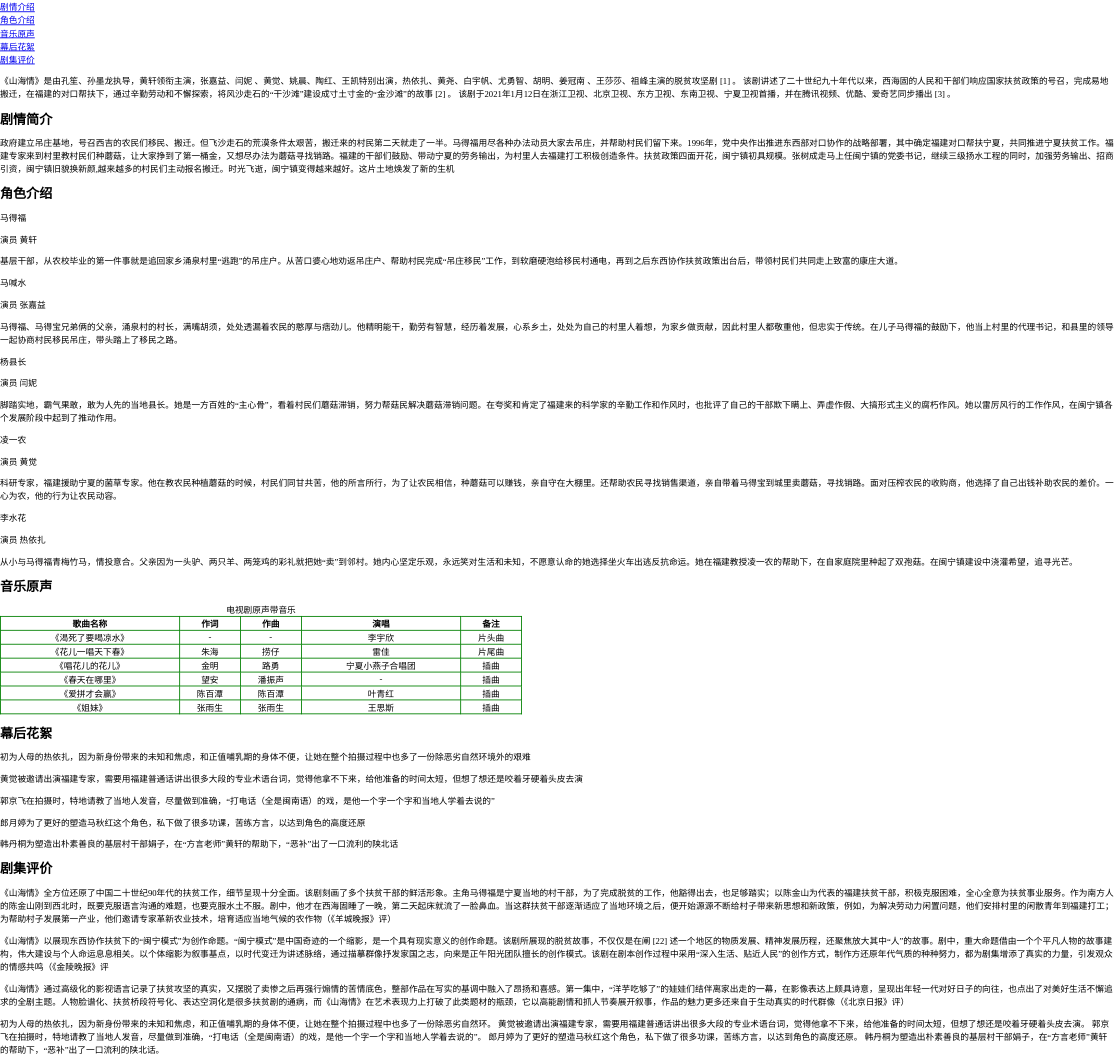
Repository: Lixianlai-2/static-website
Page: index.html
The author's editor kept a copy of each file at every save. The page is drawn from the files as they stood at one save, then again after the next save.
The browser window is 1280 px wide. The pictures show the whole page, at 87% of full size.

Above is the page before, as saved 2021-11-30 20:54:56.

### index.html
<!DOCTYPE html>
<html lang="zh-CN">
  <head>
    <meta charset="UTF-8" />
    <meta http-equiv="X-UA-Compatible" content="IE=edge" />
    <meta
      name="viewport"
      content="width=device-width, initial-scale=1.0"
      content="ie=edge"
    />
    <title>山海情</title>

    <style>
      * {
        margin: 0;
        padding: 0;
        box-sizing: border-box;
      }

      body {
        font-size: 10px;
      }
      h2,
      div,
      p {
        margin: 10px 0;
      }

      img {
        max-width: 100%;
      }

      table {
        text-align: center;
        max-width: 100%;
        width: 600px;
        table-layout: auto;
        border-collapse: collapse;
        border-spacing: 0;
      }

      th,
      td {
        border: 1px solid green;
      }
    </style>
  </head>
  <body>
    <nav>
      <ol>
        <li><a href="#Plot">剧情介绍</a></li>
        <li><a href="#Role">角色介绍</a></li>
        <li><a href="#Music">音乐原声</a></li>
        <li><a href="#Tidbits">幕后花絮</a></li>
        <li><a href="#Evaluation">剧集评价</a></li>
      </ol>
    </nav>

    <p>
      《山海情》是由孔笙、孙墨龙执导，黄轩领衔主演，张嘉益、闫妮
      、黄觉、姚晨、陶红、王凯特别出演，热依扎、黄尧、白宇帆、尤勇智、胡明、姜冠南
      、王莎莎、祖峰主演的脱贫攻坚剧 [1] 。
      该剧讲述了二十世纪九十年代以来，西海固的人民和干部们响应国家扶贫政策的号召，完成易地搬迁，在福建的对口帮扶下，通过辛勤劳动和不懈探索，将风沙走石的“干沙滩”建设成寸土寸金的“金沙滩”的故事
      [2] 。
      该剧于2021年1月12日在浙江卫视、北京卫视、东方卫视、东南卫视、宁夏卫视首播，并在腾讯视频、优酷、爱奇艺同步播出
      [3] 。
    </p>

    <h2 id="Plot">剧情简介</h2>
    <p>
      政府建立吊庄基地，号召西吉的农民们移民、搬迁。但飞沙走石的荒漠条件太艰苦，搬迁来的村民第二天就走了一半。马得福用尽各种办法动员大家去吊庄，并帮助村民们留下来。1996年，党中央作出推进东西部对口协作的战略部署，其中确定福建对口帮扶宁夏，共同推进宁夏扶贫工作。福建专家来到村里教村民们种蘑菇，让大家挣到了第一桶金，又想尽办法为蘑菇寻找销路。福建的干部们鼓励、带动宁夏的劳务输出，为村里人去福建打工积极创造条件。扶贫政策四面开花，闽宁镇初具规模。张树成走马上任闽宁镇的党委书记，继续三级扬水工程的同时，加强劳务输出、招商引资，闽宁镇旧貌换新颜,越来越多的村民们主动报名搬迁。时光飞逝，闽宁镇变得越来越好。这片土地焕发了新的生机
    </p>

    <h2 id="Role">角色介绍</h2>

    <ul>
      <li>
        <dl>
          <dt>
            <!-- div.role-name>span.item-value+div.role-actor>span.item-key+span.item-value -->
            <div class="role-name">
              <span class="item-value">马得福</span>
              <div class="role-actor">
                <span class="item-key">演员</span>
                <span class="item-value">黄轩</span>
              </div>
            </div>
          </dt>
          <dl>
            <p>
              基层干部，从农校毕业的第一件事就是追回家乡涌泉村里“逃跑”的吊庄户。从苦口婆心地劝返吊庄户、帮助村民完成“吊庄移民”工作，到软磨硬泡给移民村通电，再到之后东西协作扶贫政策出台后，带领村民们共同走上致富的康庄大道。
            </p>
          </dl>
        </dl>
      </li>
      <li>
        <dl>
          <dt>
            <div class="role-name">
              <span class="item-value">马喊水</span>
              <div class="role-actor">
                <span class="item-key">演员</span
                ><span class="item-value"> 张嘉益</span>
                <dl>
                  <p>
                    马得福、马得宝兄弟俩的父亲，涌泉村的村长，满嘴胡须，处处透漏着农民的憨厚与痞劲儿。他精明能干，勤劳有智慧，经历着发展，心系乡土，处处为自己的村里人着想，为家乡做贡献，因此村里人都敬重他，但忠实于传统。在儿子马得福的鼓励下，他当上村里的代理书记，和县里的领导一起协商村民移民吊庄，带头踏上了移民之路。
                  </p>
                </dl>
              </div>
            </div>
          </dt>
        </dl>
      </li>
      <li>
        <dl>
          <dt>
            <div class="role-name">
              <span class="item-value">杨县长</span>
              <div class="role-actor">
                <span class="item-key">演员</span>
                <span class="item-value">闫妮</span>
                <dl>
                  <p>
                    脚踏实地，霸气果敢，敢为人先的当地县长。她是一方百姓的“主心骨”，看着村民们蘑菇滞销，努力帮菇民解决蘑菇滞销问题。在夸奖和肯定了福建来的科学家的辛勤工作和作风时，也批评了自己的干部欺下瞒上、弄虚作假、大搞形式主义的腐朽作风。她以雷厉风行的工作作风，在闽宁镇各个发展阶段中起到了推动作用。
                  </p>
                </dl>
              </div>
            </div>
          </dt>
        </dl>
      </li>
      <li>
        <dl>
          <dt>
            <div class="role-name">
              <span class="item-value">凌一农</span>
              <div class="role-actor">
                <span class="item-key">演员</span>
                <span class="item-value">黄觉</span>
                <dl>
                  <p>
                    科研专家，福建援助宁夏的菌草专家。他在教农民种植蘑菇的时候，村民们同甘共苦，他的所言所行，为了让农民相信，种蘑菇可以赚钱，亲自守在大棚里。还帮助农民寻找销售渠道，亲自带着马得宝到城里卖蘑菇，寻找销路。面对压榨农民的收购商，他选择了自己出钱补助农民的差价。一心为农，他的行为让农民动容。
                  </p>
                </dl>
              </div>
            </div>
          </dt>
        </dl>
      </li>
      <li>
        <dl>
          <dt>
            <div class="role-name">
              <span class="item-value">李水花</span>
              <div class="role-actor">
                <span class="item-key">演员</span>
                <span class="item-value">热依扎</span>
                <dl>
                  <p>
                    从小与马得福青梅竹马，情投意合。父亲因为一头驴、两只羊、两笼鸡的彩礼就把她“卖”到邻村。她内心坚定乐观，永远笑对生活和未知，不愿意认命的她选择坐火车出逃反抗命运。她在福建教授凌一农的帮助下，在自家庭院里种起了双孢菇。在闽宁镇建设中浇灌希望，追寻光芒。
                  </p>
                </dl>
              </div>
            </div>
          </dt>
        </dl>
      </li>
    </ul>

    <!-- ul>(li>dl>dt>div.role-name>span.item-value+div.role-actor>span.item-key+span.item-value+dl)*5 -->
    <!-- div.role-name>span.item-value+div.role-actor>span.item-key+span.item-value -->

    <h2 id="Music">音乐原声</h2>
    <table>
      <caption>
        电视剧原声带音乐
      </caption>
      <thead>
        <tr>
          <th>歌曲名称</th>
          <th>作词</th>
          <th>作曲</th>
          <th>演唱</th>
          <th>备注</th>
        </tr>
      </thead>
      <tbody>
        <tr>
          <td>《渴死了要喝凉水》</td>
          <td>-</td>
          <td>-</td>
          <td>李宇欣</td>
          <td>片头曲</td>
        </tr>
        <tr>
          <td>《花儿一唱天下春》</td>
          <td>朱海</td>
          <td>捞仔</td>
          <td>雷佳</td>
          <td>片尾曲</td>
        </tr>
        <tr>
          <td>《唱花儿的花儿》</td>
          <td>金明</td>
          <td>路勇</td>
          <td>宁夏小燕子合唱团</td>
          <td>插曲</td>
        </tr>
        <tr>
          <td>《春天在哪里》</td>
          <td>望安</td>
          <td>潘振声</td>
          <td>-</td>
          <td>插曲</td>
        </tr>
        <tr>
          <td>《爱拼才会赢》</td>
          <td>陈百潭</td>
          <td>陈百潭</td>
          <td>叶青红</td>
          <td>插曲</td>
        </tr>
        <tr>
          <td>《姐妹》</td>
          <td>张雨生</td>
          <td>张雨生</td>
          <td>王思斯</td>
          <td>插曲</td>
        </tr>
      </tbody>
      <tfoot></tfoot>
    </table>

    <h2 id="Tidbits">幕后花絮</h2>
    <ul>
      <li>
        <p>
          初为人母的热依扎，因为新身份带来的未知和焦虑，和正值哺乳期的身体不便，让她在整个拍摄过程中也多了一份除恶劣自然环境外的艰难
        </p>
      </li>
      <li>
        <p>
          黄觉被邀请出演福建专家，需要用福建普通话讲出很多大段的专业术语台词，觉得他拿不下来，给他准备的时间太短，但想了想还是咬着牙硬着头皮去演
        </p>
      </li>
      <li>
        <p>
          郭京飞在拍摄时，特地请教了当地人发音，尽量做到准确，“打电话（全是闽南语）的戏，是他一个字一个字和当地人学着去说的”
        </p>
      </li>
      <li>
        <p>
          郎月婷为了更好的塑造马秋红这个角色，私下做了很多功课，苦练方言，以达到角色的高度还原
        </p>
      </li>
      <li>
        <p>
          韩丹桐为塑造出朴素善良的基层村干部娟子，在“方言老师”黄轩的帮助下，“恶补”出了一口流利的陕北话
        </p>
      </li>
    </ul>
    <h2 id="Evaluation">剧集评价</h2>
    <div>
      《山海情》全方位还原了中国二十世纪90年代的扶贫工作，细节呈现十分全面。该剧刻画了多个扶贫干部的鲜活形象。主角马得福是宁夏当地的村干部，为了完成脱贫的工作，他豁得出去，也足够踏实；以陈金山为代表的福建扶贫干部，积极克服困难，全心全意为扶贫事业服务。作为南方人的陈金山刚到西北时，既要克服语言沟通的难题，也要克服水土不服。剧中，他才在西海固睡了一晚，第二天起床就流了一脸鼻血。当这群扶贫干部逐渐适应了当地环境之后，便开始源源不断给村子带来新思想和新政策，例如，为解决劳动力闲置问题，他们安排村里的闲散青年到福建打工；为帮助村子发展第一产业，他们邀请专家革新农业技术，培育适应当地气候的农作物（《羊城晚报》评）
    </div>
    <div>
      《山海情》以展现东西协作扶贫下的“闽宁模式”为创作命题。“闽宁模式”是中国奇迹的一个缩影，是一个具有现实意义的创作命题。该剧所展现的脱贫故事，不仅仅是在阐
      [22]
      述一个地区的物质发展、精神发展历程，还聚焦放大其中“人”的故事。剧中，重大命题借由一个个平凡人物的故事建构，伟大建设与个人命运息息相关。以个体缩影为叙事基点，以时代变迁为讲述脉络，通过描摹群像抒发家国之志，向来是正午阳光团队擅长的创作模式。该剧在剧本创作过程中采用“深入生活、贴近人民”的创作方式，制作方还原年代气质的种种努力，都为剧集增添了真实的力量，引发观众的情感共鸣（《金陵晚报》评
    </div>
    <div>
      《山海情》通过高级化的影视语言记录了扶贫攻坚的真实，又摆脱了卖惨之后再强行煽情的苦情底色，整部作品在写实的基调中融入了昂扬和喜感。第一集中，“洋芋吃够了”的娃娃们结伴离家出走的一幕，在影像表达上颇具诗意，呈现出年轻一代对好日子的向往，也点出了对美好生活不懈追求的全剧主题。人物脸谱化、扶贫桥段符号化、表达空洞化是很多扶贫剧的通病，而《山海情》在艺术表现力上打破了此类题材的瓶颈，它以高能剧情和抓人节奏展开叙事，作品的魅力更多还来自于生动真实的时代群像（《北京日报》评）
    </div>

    初为人母的热依扎，因为新身份带来的未知和焦虑，和正值哺乳期的身体不便，让她在整个拍摄过程中也多了一份除恶劣自然环。
    黄觉被邀请出演福建专家，需要用福建普通话讲出很多大段的专业术语台词，觉得他拿不下来，给他准备的时间太短，但想了想还是咬着牙硬着头皮去演。
    郭京飞在拍摄时，特地请教了当地人发音，尽量做到准确，“打电话（全是闽南语）的戏，是他一个字一个字和当地人学着去说的”。
    郎月婷为了更好的塑造马秋红这个角色，私下做了很多功课，苦练方言，以达到角色的高度还原。
    韩丹桐为塑造出朴素善良的基层村干部娟子，在“方言老师”黄轩的帮助下，“恶补”出了一口流利的陕北话。
  </body>
</html>

After the next save:
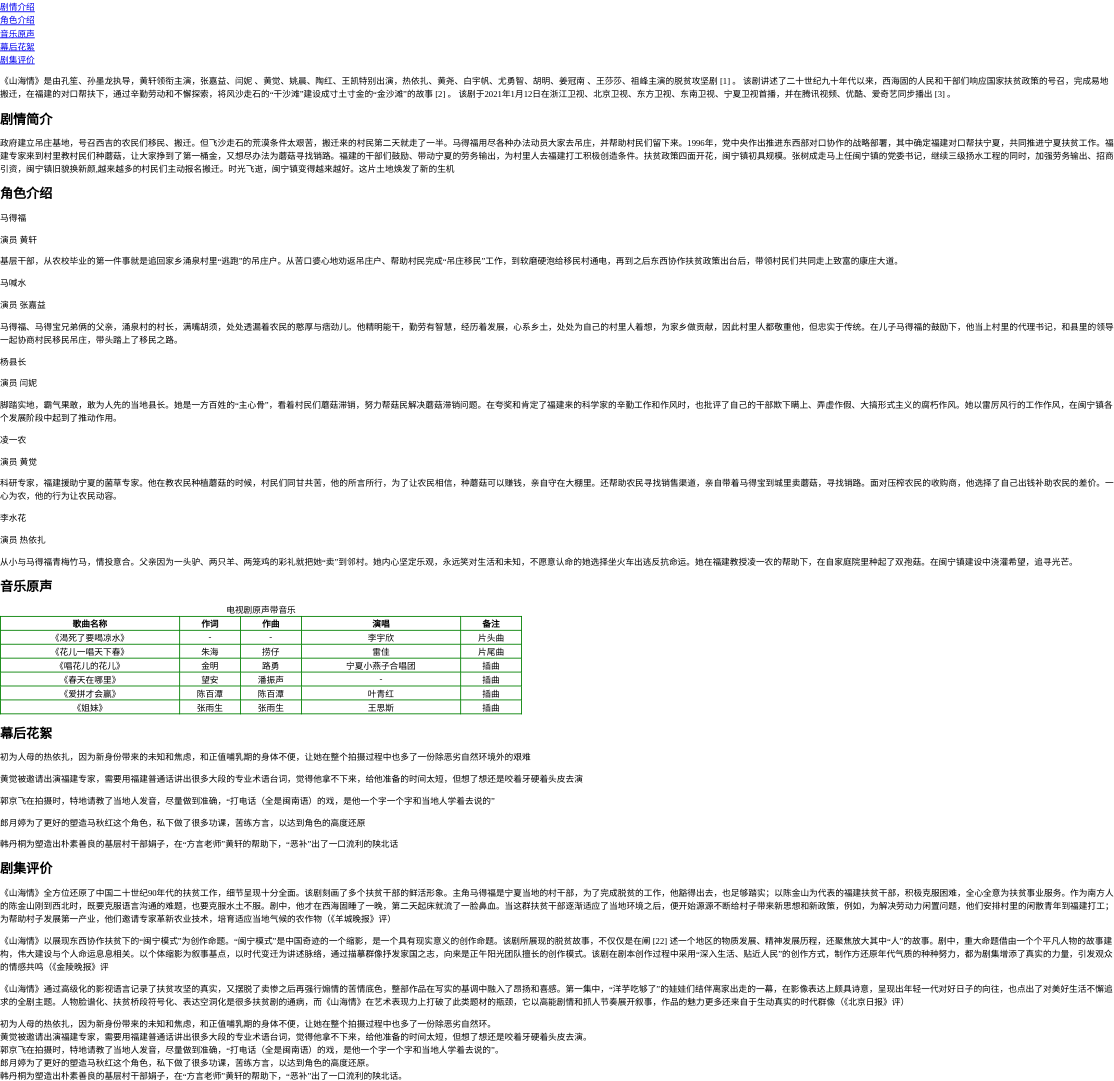
Saved 3 min 9 s later.
--- a/index.html
+++ b/index.html
@@ -272,10 +272,22 @@
       《山海情》通过高级化的影视语言记录了扶贫攻坚的真实，又摆脱了卖惨之后再强行煽情的苦情底色，整部作品在写实的基调中融入了昂扬和喜感。第一集中，“洋芋吃够了”的娃娃们结伴离家出走的一幕，在影像表达上颇具诗意，呈现出年轻一代对好日子的向往，也点出了对美好生活不懈追求的全剧主题。人物脸谱化、扶贫桥段符号化、表达空洞化是很多扶贫剧的通病，而《山海情》在艺术表现力上打破了此类题材的瓶颈，它以高能剧情和抓人节奏展开叙事，作品的魅力更多还来自于生动真实的时代群像（《北京日报》评）
     </div>
 
-    初为人母的热依扎，因为新身份带来的未知和焦虑，和正值哺乳期的身体不便，让她在整个拍摄过程中也多了一份除恶劣自然环。
-    黄觉被邀请出演福建专家，需要用福建普通话讲出很多大段的专业术语台词，觉得他拿不下来，给他准备的时间太短，但想了想还是咬着牙硬着头皮去演。
-    郭京飞在拍摄时，特地请教了当地人发音，尽量做到准确，“打电话（全是闽南语）的戏，是他一个字一个字和当地人学着去说的”。
-    郎月婷为了更好的塑造马秋红这个角色，私下做了很多功课，苦练方言，以达到角色的高度还原。
-    韩丹桐为塑造出朴素善良的基层村干部娟子，在“方言老师”黄轩的帮助下，“恶补”出了一口流利的陕北话。
+    <ul>
+      <li>
+        初为人母的热依扎，因为新身份带来的未知和焦虑，和正值哺乳期的身体不便，让她在整个拍摄过程中也多了一份除恶劣自然环。
+      </li>
+      <li>
+        黄觉被邀请出演福建专家，需要用福建普通话讲出很多大段的专业术语台词，觉得他拿不下来，给他准备的时间太短，但想了想还是咬着牙硬着头皮去演。
+      </li>
+      <li>
+        郭京飞在拍摄时，特地请教了当地人发音，尽量做到准确，“打电话（全是闽南语）的戏，是他一个字一个字和当地人学着去说的”。
+      </li>
+      <li>
+        郎月婷为了更好的塑造马秋红这个角色，私下做了很多功课，苦练方言，以达到角色的高度还原。
+      </li>
+      <li>
+        韩丹桐为塑造出朴素善良的基层村干部娟子，在“方言老师”黄轩的帮助下，“恶补”出了一口流利的陕北话。
+      </li>
+    </ul>
   </body>
 </html>

After the save that followed:
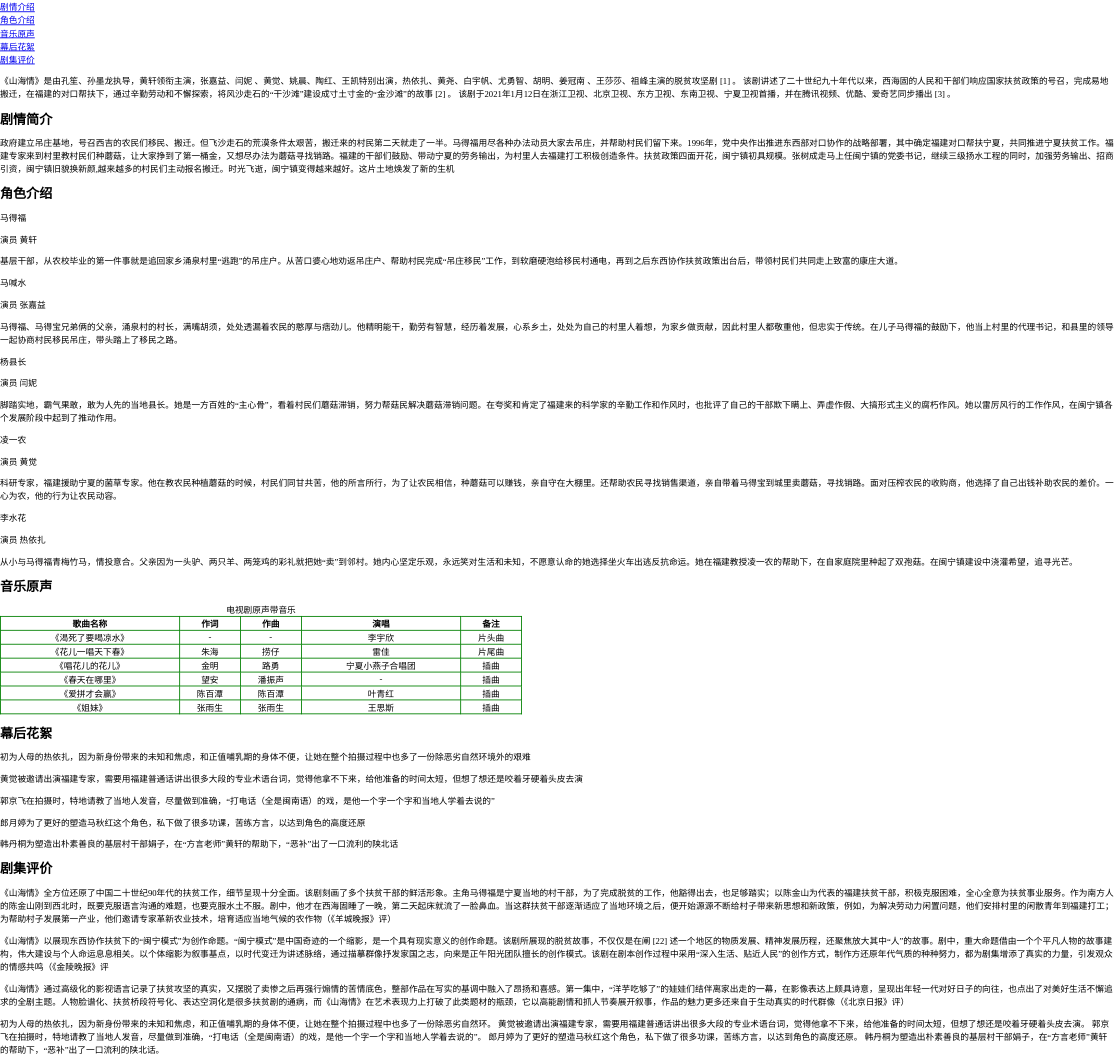
Saved 10 s later.
--- a/index.html
+++ b/index.html
@@ -272,22 +272,10 @@
       《山海情》通过高级化的影视语言记录了扶贫攻坚的真实，又摆脱了卖惨之后再强行煽情的苦情底色，整部作品在写实的基调中融入了昂扬和喜感。第一集中，“洋芋吃够了”的娃娃们结伴离家出走的一幕，在影像表达上颇具诗意，呈现出年轻一代对好日子的向往，也点出了对美好生活不懈追求的全剧主题。人物脸谱化、扶贫桥段符号化、表达空洞化是很多扶贫剧的通病，而《山海情》在艺术表现力上打破了此类题材的瓶颈，它以高能剧情和抓人节奏展开叙事，作品的魅力更多还来自于生动真实的时代群像（《北京日报》评）
     </div>
 
-    <ul>
-      <li>
-        初为人母的热依扎，因为新身份带来的未知和焦虑，和正值哺乳期的身体不便，让她在整个拍摄过程中也多了一份除恶劣自然环。
-      </li>
-      <li>
-        黄觉被邀请出演福建专家，需要用福建普通话讲出很多大段的专业术语台词，觉得他拿不下来，给他准备的时间太短，但想了想还是咬着牙硬着头皮去演。
-      </li>
-      <li>
-        郭京飞在拍摄时，特地请教了当地人发音，尽量做到准确，“打电话（全是闽南语）的戏，是他一个字一个字和当地人学着去说的”。
-      </li>
-      <li>
-        郎月婷为了更好的塑造马秋红这个角色，私下做了很多功课，苦练方言，以达到角色的高度还原。
-      </li>
-      <li>
-        韩丹桐为塑造出朴素善良的基层村干部娟子，在“方言老师”黄轩的帮助下，“恶补”出了一口流利的陕北话。
-      </li>
-    </ul>
+    初为人母的热依扎，因为新身份带来的未知和焦虑，和正值哺乳期的身体不便，让她在整个拍摄过程中也多了一份除恶劣自然环。
+    黄觉被邀请出演福建专家，需要用福建普通话讲出很多大段的专业术语台词，觉得他拿不下来，给他准备的时间太短，但想了想还是咬着牙硬着头皮去演。
+    郭京飞在拍摄时，特地请教了当地人发音，尽量做到准确，“打电话（全是闽南语）的戏，是他一个字一个字和当地人学着去说的”。
+    郎月婷为了更好的塑造马秋红这个角色，私下做了很多功课，苦练方言，以达到角色的高度还原。
+    韩丹桐为塑造出朴素善良的基层村干部娟子，在“方言老师”黄轩的帮助下，“恶补”出了一口流利的陕北话。
   </body>
 </html>
